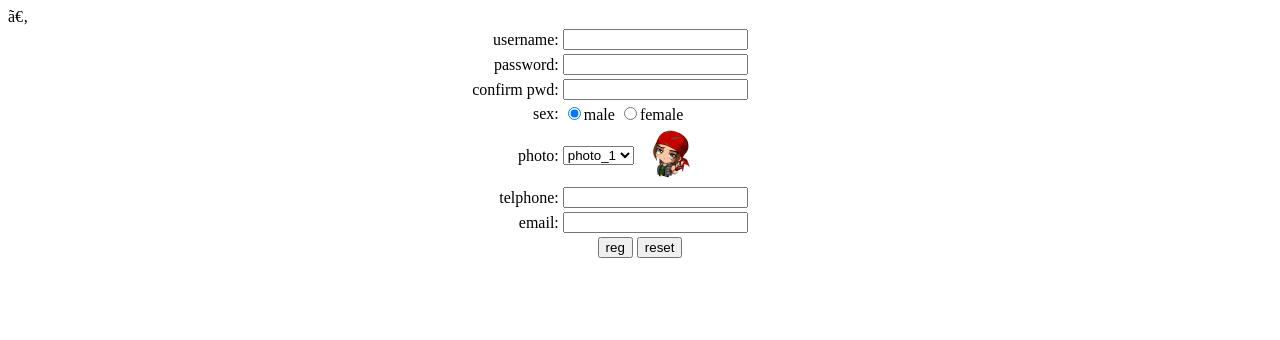
Repository: GetHubByYc/MyEclipse
Page: http://localhost/CheckLogin/reg.jsp
An editor plug-in stored every save of this project. The page is shown before and after the next save, followed by the edit.
The browser window is 1280 px wide. The pictures show the whole page.
The page is served by Tomcat 9. Nobody is signed in. The application's start-up code is not run.

Above is the page before, as saved 2015-11-14 03:05:03.

After the next save:
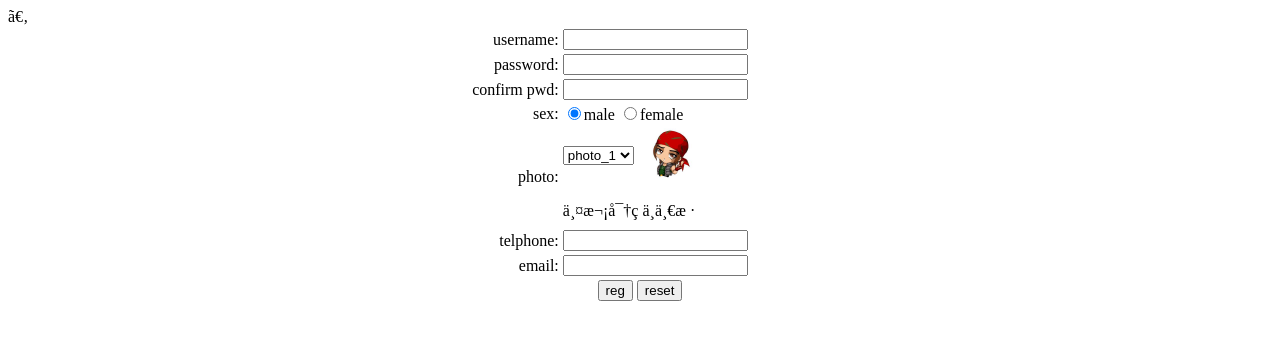
Saved 21 s later.
--- a/CheckLogin/WebRoot/reg.jsp
+++ b/CheckLogin/WebRoot/reg.jsp
@@ -61,6 +61,7 @@
     				<option value="images/avatar_Go_small1.jpg">photo_2</option>
     			</select>
     			<img id="photo_img" style="width:50px;height:50px;position:relative;left:10px" src="images/avatar_Dante_small1.jpg"/>
+    			<p>两次密码不一样</p>
     		</td>
     	</tr>
     	<tr>
